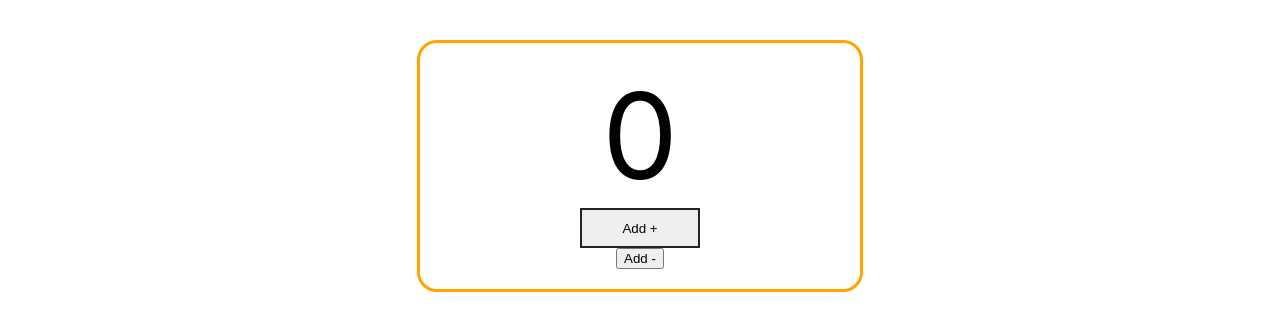
Repository: dnjfht/css-example
Page: /
An editor plug-in stored every save of this project. The page is shown before and after the next save, followed by the edit.
The browser window is 1280 px wide. The pictures show the whole page.
The project was rebuilt for these pictures with package versions that can differ from the ones it lists, and the page was loaded fresh each time.

Above is the page before, as saved 2023-05-09 18:46:56.

### src/App.js
import React, { useState } from "react";
import Counter from "./components/Counter";

export default function App() {
  const [count, setCount] = useState(0);
  return (
    <div>
      <Counter count={count} setCount={setCount} />
    </div>
  );
}

### src/components/Counter.jsx
import React from "react";

export default function Counter({ count, setCount }) {
  const handleClickCountUp = () => {
    setCount(count + 1);
  };

  const handleClickCountDown = () => {
    if (count > 0) setCount(count - 1);
  };

  return (
    <div
      style={{
        width: 400,
        padding: 20,
        margin: "40px auto",
        border: "3px solid orange",
        borderRadius: 20,
        display: "flex",
        flexDirection: "column",
        alignItems: "center",
      }}
    >
      <span style={{ fontSize: 120 }}>{count}</span>
      <button
        style={{ width: 120, height: 40, border: "2px solid #222" }}
        onClick={handleClickCountUp}
      >
        Add +
      </button>
      <button onClick={handleClickCountDown}>Add -</button>
    </div>
  );
}

Loaded but not shown: public/index.html (common file); src/index.js (common file); src/index.css (common file); src/reportWebVitals.js (common file)

After the next save:
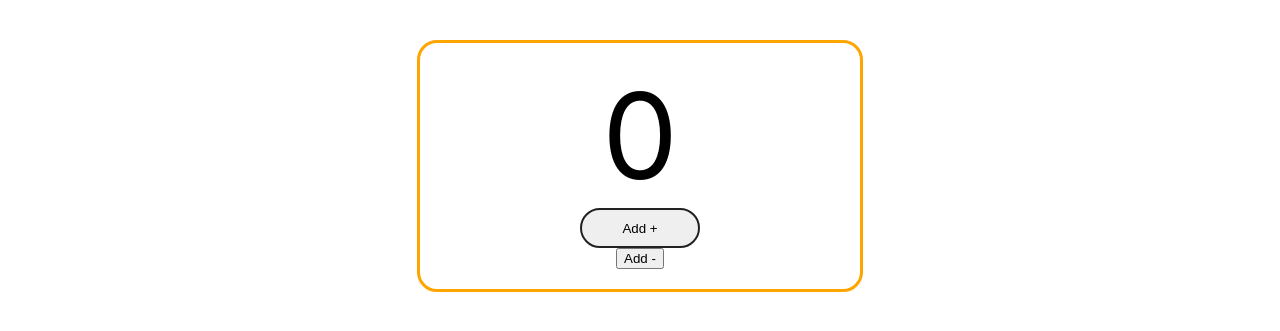
Saved 8 s later.
--- a/src/components/Counter.jsx
+++ b/src/components/Counter.jsx
@@ -24,7 +24,12 @@ export default function Counter({ count, setCount }) {
     >
       <span style={{ fontSize: 120 }}>{count}</span>
       <button
-        style={{ width: 120, height: 40, border: "2px solid #222" }}
+        style={{
+          width: 120,
+          height: 40,
+          border: "2px solid #222",
+          borderRadius: 20,
+        }}
         onClick={handleClickCountUp}
       >
         Add +
